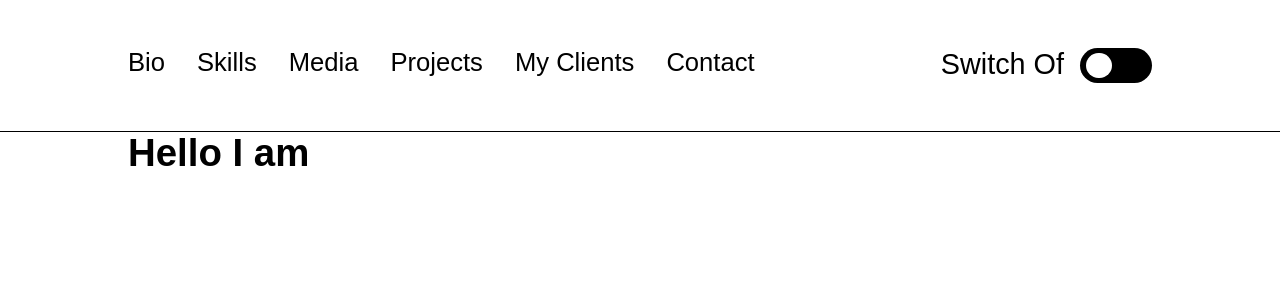
Repository: Eslam0Mohamed/portfolio
Page: index.html
These files come from the project's save history. The page is drawn as it stood at one moment and after the next save; the edit follows.
The browser window is 1280 px wide. The pictures show the whole page.

Above is the page before, as saved 2024-07-13 23:20:24.

### index.html
<!DOCTYPE html>
<html lang="en">
<head>
    <meta charset="UTF-8">
    <meta name="viewport" content="width=device-width, initial-scale=1.0">
    <title>Eslam Mohamed</title>

    <link rel="preconnect" href="https://fonts.googleapis.com">
<link rel="preconnect" href="https://fonts.gstatic.com" crossorigin>
<link href="https://fonts.googleapis.com/css2?family=Raleway:ital,wght@0,100..900;1,100..900&display=swap" rel="stylesheet">
<link rel="preconnect" href="https://fonts.googleapis.com">
<link rel="preconnect" href="https://fonts.gstatic.com" crossorigin>
<link href="https://fonts.googleapis.com/css2?family=Poppins:ital,wght@0,100;0,200;0,300;0,400;0,500;0,600;0,700;0,800;0,900;1,100;1,200;1,300;1,400;1,500;1,600;1,700;1,800;1,900&family=Raleway:ital,wght@0,100..900;1,100..900&display=swap" rel="stylesheet">
<link rel="stylesheet" href="css/style.css">
</head>
<body>
    <div class="container">
        <header class="header">
            <nav class="navigation">
                <ul class="navigation__list">
                    <li><a href="" class="navigation__link">Bio</a></li>
                    <li><a href="" class="navigation__link">Skills</a></li>
                    <li><a href="" class="navigation__link">Media</a></li>
                    <li><a href="" class="navigation__link">Projects</a></li>
                    <li><a href="" class="navigation__link">My Clients</a></li>
                    <li><a href="" class="navigation__link">Contact</a></li>

                </ul>
            </nav>
            <div class="toggle">
                <h3 class="toggle__title">Switch Of</h3>
                <input type="checkbox" name="toggl checkbox" id="toggle" class="toggle__checkbox">
                <label for="toggle" class="toggle__label"></label>
            </div>
        </header>
        <section id="bio" class="bio">
            <h1 class="bio__heading">Hello I am </h1>
        </section>
    </div>
</body>
</html>

### css/style.css
:root {
    --container-width: 80vw;
    --boys: 2rem;
    --color-black: #000;
    --color-white: #fff;
    --color-blue: #2374e1;
    --color-light-blue: #1d9bf0;
    --color-dark-blue: #0a66c2;
    --color-darker-blue: #143ce8;
    --color-red: #ff0000;
    --color-green: #03a696;
    --color-grey: #f6f6f6;
    --color-dark-green: #42959b;
    --color-background: var(#ffffff);
    --color-text: var(#000000);
    --color-box-img: var(#000000);
    --color-link-bg: var(#000000);
    --color-input-border: var(#000000);
    --font-family-raleway: “Raleway“, sans-serif;
    --font-family-poppins: “Poppins“, sans-serif;
    --font-weight-regular: 400;
    --font-weight-medium: 500;
    --font-weight-semi-bold: 600;
    --font-weight-bold: 700;
    --font-size-70: 7rem;
    --font-size-65: 6.5rem;
    --font-size-40: 4rem;
    --font-size-38: 3.8rem;
    --font-size-24: 2.4rem;
    --font-size-22: 2.2rem;
    --font-size-18: 1.8rem;
    --font-size-20: 2rem;
    --font-size-15: 1.5rem;
    --transition-timing: 0.3s;
}

* {
    padding: 0;
    margin: 0;
    box-sizing: border-box;
}

a {
    display: inline-block;
    font: inherit;

}

button {
    background-color: transparent;
    cursor: pointer;
    border: none;
}

ul,
ol {
    list-style: none;
}

body {
    font-size: 1.6rem;
    font-family: var(--font-family-raleway);
    background-color: var(--color-background);
    color: var(--color-text);
}

.container {
    margin: 0 auto;
    max-width: var(--container-width);
    /* background-color: #ff0000; */
}

.header {
    padding: 3rem 0;
    position: relative;
    display: flex;
    justify-content: center;
}

.header::before {
    content: "";
    height: 100%;
    width: 100vw;
    position: absolute;
    border-bottom: 0.1rem solid var(--color-black);
    top: 0;
    z-index: -1;
}

.navigation__list {
    display: flex;
    gap: 2rem;
}

.navigation__link:visited,
.navigation__link:link {
    text-decoration: none;
    font-weight: var(--font-weight-medium);
    color: var(--color-text);
}

.navigation__link:hover,
.navigation__link:active {
    text-decoration: underline;
    color: var(--color-text);
}

/* Start toggle */
.toggle {
    display: flex;
    gap: 1rem;
    margin-left: auto;
    /* justify-content: flex-end; */
}

.toggle__title {
    font-weight: var(--font-weight-medium);
    font-size: var(--font-size-18);
}

.toggle__checkbox {
    display: none;
}

.toggle__label {
    display: block;
    position: relative;
    width: 4.5rem;
    height: 2.2rem;
    background-color: var(--color-black);
    border-radius: 1.5rem;
    padding: 0.3rem 0.4rem;
    transition: 0.3s;
    cursor: pointer;
}
.toggle__label::after{
content: "";
position: absolute;
background-color: var(--color-white);
width: 1.6rem;
height: 1.6rem;
border-radius: 50%;
display: block;
}
.toggle__checkbox:checked + .toggle__label{
    background-color: var(--color-white);
}
.toggle__checkbox:checked + .toggle__label::after{
    background-color: var(--color-green);
    transform: translateX(2.1rem);
}

/* End toggle  */

After the next save:
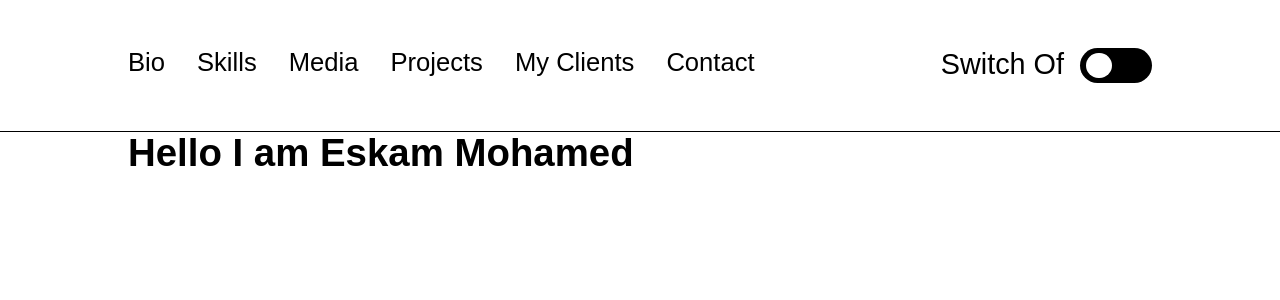
Saved 5 s later.
--- a/index.html
+++ b/index.html
@@ -34,7 +34,7 @@
             </div>
         </header>
         <section id="bio" class="bio">
-            <h1 class="bio__heading">Hello I am </h1>
+            <h1 class="bio__heading">Hello I am Eskam Mohamed </h1>
         </section>
     </div>
 </body>
